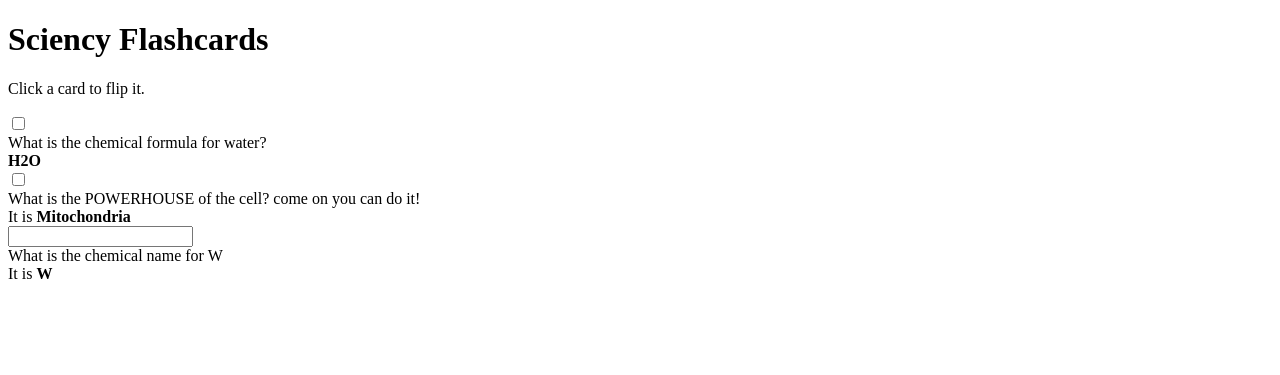
Repository: manayparikh1/ScienceFlashcards
Page: index.html
These files come from the project's save history. The page is drawn as it stood at one moment and after the next save; the edit follows.
The browser window is 1280 px wide. The pictures show the whole page.
Some web fonts or font styles are not loaded; a fallback is used.

Above is the page before, as saved 2026-10-22 20:52:38.

After the next save:
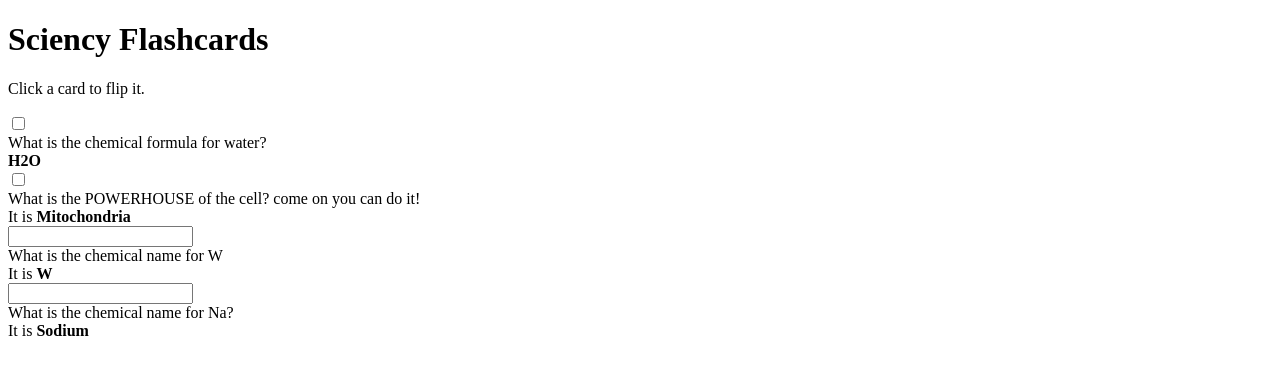
Saved 20 min 45 s later.
--- a/index.html
+++ b/index.html
@@ -39,6 +39,23 @@
                         <div class="front">What is the chemical name for W</div>
                         <div class="back">It is <strong>W</strong></div>
                     </div>
+                    </label>
+
+                    <div class="cards">
+                        <div class="card">
+                            <input class="checkbox">
+                            <div class="inner">
+                                <div class="front">What is the chemical name for Na?</div>
+                                <div class="back">It is <strong>Sodium</strong></div>
+
+                            </div>
+                            </label>
+
+
+
+
+
+                        </div>
+                    </div>
                 </div>
             </div>
-        </div>
